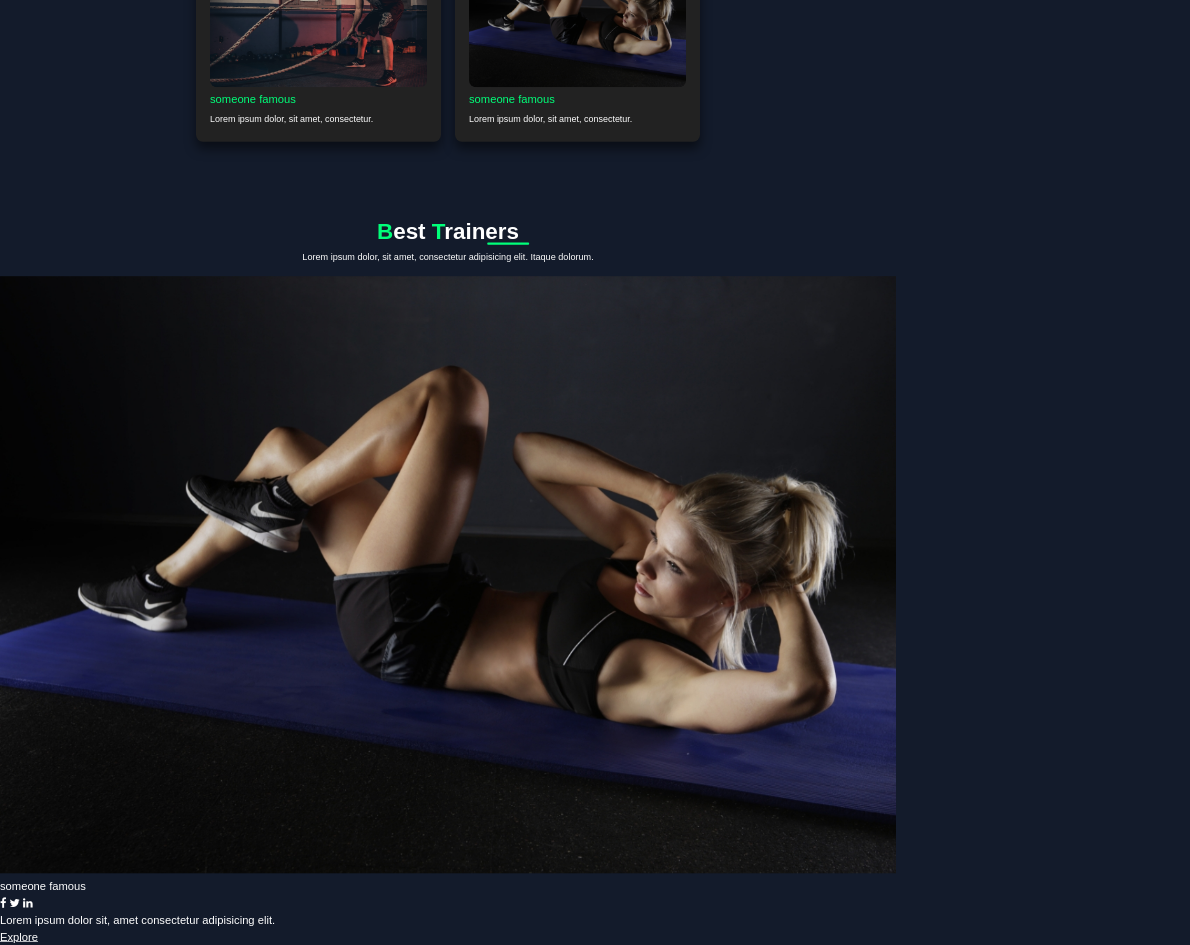
Repository: guilhermecardoso93/fitapex
Page: index.html
These files come from the project's save history. The page is drawn as it stood at one moment and after the next save; the edit follows.
The browser window is 1280 px wide. The page is 1280 px wide, then 1700 px, so the pictures cover 1700 px, including what lies to the right of the window. The pictures show the part of the page from y = 2252 to 3692 px (the page is 3602 px tall before and 3692 px after), at 70% of full size.

Above is the page before, as saved 2023-03-07 20:48:41.

### index.html
<!DOCTYPE html>
<html lang="pr-BR">
  <head>
    <meta charset="UTF-8" />
    <meta http-equiv="X-UA-Compatible" content="IE=edge" />
    <meta name="viewport" content="width=device-width, initial-scale=1.0" />
    <link rel="stylesheet" href="styles.css" />
    <link
      rel="stylesheet"
      href="https://cdnjs.cloudflare.com/ajax/libs/font-awesome/4.7.0/css/font-awesome.css"
    />
    <title>F.A GYM</title>
  </head>
  <body>
    <div class="navbar">
      <a href="#" class="logo">F<b>A</b>.</a>
      <ol>
        <li>
          <a href="#home">home</a>
        </li>
        <li>
          <a href="#about">about</a>
        </li>
        <li>
          <a href="#workout">workout</a>
        </li>
        <li>
          <a href="#trainers">trainers</a>
        </li>
        <li>
          <a href="#diet">diet</a>
        </li>
        <li>
          <a href="#contact">contact</a>
        </li>
        <li>
          <a href="#home">home</a>
        </li>
      </ol>
    </div>

    <section id="home" class="home view">
      <div class="highlights">
        <h3>feel the power with</h3>
        <h1><b>FIT</b>APEX</h1>
        <br />
        <p class="tagline">
          Lorem ipsum dolor sit amet, consectetur adipisicing elit. Totam facere
          iure recusandae? Similique, doloribus voluptatibus? Repudiandae aut
          eius mollitia exercitationem beatae eveniet expedita. Ipsa, expedita
          ipsum ipsam magnam illo quae.
        </p>
        <button class="join">join now</button>
      </div>
      <div class="banner" />
    </section>

    <section id="about" class="about view">
      <div class="main">
        <h2><span>A</span>bout Us</h2>
        <h6>
          Lorem ipsum dolor, sit amet, consectetur adipisicing elit. Itaque
          dolorum.
        </h6>
      </div>
      <div class="content">
        <div class="cols">
          <p>
            <b>L</b>orem ipsum dolor sit amet consectetur adipisicing elit.
            Consectetur non facere inventore maiores corrupti. Temporibus facere
            doloribus error quia, veniam alias perspiciatis accusantium, et
            asperiores pariatur iusto minus iure recusandae. Lorem ipsum, dolor
            sit amet consectetur adipisicing elit. Quas enim voluptate ipsum
            dolorem perferendis recusandae, quasi error illum nisi. Quod facilis
            necessitatibus libero perferendis voluptatum quibusdam expedita,
            maxime ab incidunt!
          </p>
          <a href="#">more</a>
        </div>
        <div class="cols">
          <div class="box">
            <img src="./assets/about.jpg" alt="" />
          </div>
        </div>
      </div>
    </section>

    <section id="workout" class="workout view">
      <div class="main">
        <h2><span>W</span>orkout</h2>
        <h6>
          Lorem ipsum dolor, sit amet, consectetur adipisicing elit. Itaque
          dolorum.
        </h6>
      </div>
      <div class="content">
        <div class="frame">
          <div class="box">
            <img src="./assets/workout1.jpg" alt="" />
          </div>
          <div class="title">someone famous</div>
          <p>Lorem ipsum dolor, sit amet, consectetur.</p>
        </div>
        <div class="frame">
          <div class="box">
            <img src="./assets/workout2.jpg" alt="" />
          </div>
          <div class="title">someone famous</div>
          <p>Lorem ipsum dolor, sit amet, consectetur.</p>
        </div>
        <div class="frame">
          <div class="box">
            <img src="./assets/workout3.jpg" alt="" />
          </div>
          <div class="title">someone famous</div>
          <p>Lorem ipsum dolor, sit amet, consectetur.</p>
        </div>
        <div class="frame">
          <div class="box">
            <img src="./assets/workout4.jpg" alt="" />
          </div>
          <div class="title">someone famous</div>
          <p>Lorem ipsum dolor, sit amet, consectetur.</p>
        </div>
        <div class="frame">
          <div class="box">
            <img src="./assets/workout5.jpg" alt="" />
          </div>
          <div class="title">someone famous</div>
          <p>Lorem ipsum dolor, sit amet, consectetur.</p>
        </div>
        <div class="frame">
          <div class="box">
            <img src="./assets/workout6.jpg" alt="" />
          </div>
          <div class="title">someone famous</div>
          <p>Lorem ipsum dolor, sit amet, consectetur.</p>
        </div>
      </div>
    </section>

    <section id="trainers" class="trainers view">
      <div class="main">
        <h2><span>B</span>est<span> T</span>rainers</h2>
        <h6>
          Lorem ipsum dolor, sit amet, consectetur adipisicing elit. Itaque
          dolorum.
        </h6>
      </div>
      <div class="content">
        <div class="frame">
          <div class="box">
            <img src="./assets/workout6.jpg" alt="" />
          </div>
          <div class="headline">
            <div class="title">someone famous</div>
            <div class="icons">
              <i class="fa fa-facebook"></i>
              <i class="fa fa-twitter"></i>
              <i class="fa fa-linkedin"></i>
            </div>
          </div>
          <p>Lorem ipsum dolor sit, amet consectetur adipisicing elit.</p>
          <a href="">Explore</a>
        </div>
      </div>
    </section>
  </body>
</html>

### styles.css
@import url("https://fonts.googleapis.com/css2?family=Poppins:wght@400;500&display=swap");

@import "./css/_navbar.css";
@import "./css/_home.css";
@import "./css/_about.css";
@import "./css/_workout.css";
@import "./css/_trainers.css";

* {
  margin: 0;
  padding: 0;
  box-sizing: border-box;
  font-family: "Poppisns", sans-serif;
  outline: none;
  color: #fff;

}

:root {
  --prime: #00ff79;
}

body {
  background-color: #131b2b;
}


.view {
  width: 100%;
  min-height: 80vh;
  position: relative;
}

### css/_navbar.css

.navbar {
  width: 100%;
  display: flex;
  position: fixed;
  padding: 30px 120px;
  background-color: #121212;
  justify-content: space-between;
  z-index: 1111;
  transition: 0.5s ease;
}

.logo {
  font-size: 2.8em;
  font-weight: 800;
  letter-spacing: 2px;
  text-transform: uppercase;
  text-decoration: none;
}

.logo B{
  color: var(--prime);
}

ol {
  display: flex;
  margin: auto 0;
}

ol li {
  list-style: none;
  margin-left: 20px;
}

ol li a {
  font-size: 20px;
  font-weight:500;
  text-transform: uppercase;
  text-decoration: none;
}

ol li:hover a {
  color: var(--prime);
}

### css/_home.css
.home {
  display: flex;
  min-height: 120vh;
  align-items: center;
  justify-content: center;
  clip-path: polygon(0 0, 100% 0, 100% 100%, 80% 95%, 0 100%);
}

.banner {
  height: 100%;
  width: 100%;
  position: absolute;
  background: url("../assets/banner.jpg");
  background-size: cover;
  background-position: center;
  filter: brightness(40%);
}

.highlights {
  width: 50%;
  position: relative;
  display: inline-block;
  justify-content: center;
  z-index: 11;
}

.highlights h3 {
  display: inline;
  font-size: 2vw;
  padding: 5px 20px;
  font-weight: lighter;
  text-transform: capitalize;
  border-left: 6px solid var(--prime);
}

.highlights h1 {
  font-size: 9vw;
  text-align: center;
  font-weight: normal;
}

.highlights b {
  color: var(--prime);
  font-weight: 800;
  font-family: sans-serif;
}

.highlights .tagline {
  color: #d7d7d7;
  font-size: 1.2vw;
  text-align: center;
  font-weight: normal;
  line-height: 32px;
}

.highlights .join {
  position: absolute;
  left: 40%;
  margin-top: 1.2rem;
  padding: 5px 20px;

  transform: tanslateX(-500%);
  font-weight: 800;
  font-size: 1.5vw;
  text-transform: uppercase;

  color: var(--prime);
  border: 2px solid var(--prime);
  border-radius: 50px;
  background: transparent;

  transition: 0.3s ease;
}

.highlights .join:hover {
  color: #fff;
  cursor: pointer;
  letter-spacing: 1.5px;
  background: var(--prime);
}

### css/_about.css
.main {
  width: 100%;
  text-align: center;
  padding-bottom: 20px;
  -webkit-font-smoothing: antialiased;
  -moz-osx-font-smoothing: grayscale;

}

.main h2 {
  font-size: 2.5vw;
  position: relative;
  text-align: center;
  padding-top: 100px;
  display: inline-block;
}

span {
  color: var(--prime);
}

.main h2:before {
  position: absolute;
  content: "";
  background: var(--prime);
  height: 3px;
  width: 30%;
  right: -15px;
  bottom: 0;
  border-radius: 50px;
}

.main h6 {
  margin-top: 10px;
  font-size: 13px;
  font-family: sans-serif;
  font-weight: lighter;
}

.content {
  position: relative;
  display: flex;
  width: 100%;
  padding: 0 20px;
  justify-content: center;
  line-height: 1.5em;
}

.about .content .cols {
  position: relative;
  width: 100%;
  height: 100%;
  padding: 0px 40px;
}

.about .content .cols p b {
  font-size: 24px;
  margin-right: 2px;
  line-height: 2;
}

.about .content .cols a {
  position: relative;
  top: 20px;
  color: #fff;
  background-color: var(--prime);
  padding: 5px 20px;
  border-radius: 5px;
  text-decoration: none;
  text-weight: 500;
  text-transform: capitalize;
}

.about .content .cols a:hover {
  color: #000;
  background: #fff;
}

.about .content .cols .box {
  position: relative;
  height: 570px;
  box-shadow: 0 10px 10px rgba(0, 0, 0, 0.5);
  border-radius: 10px;
}

.about .content .cols .box img {
  position: absolute;
  top: 0;
  left: 0;
  height: 100%;
  width: 100%;
  object-fit: cover;
  border-radius: 10px;
}

### css/_workout.css
.workout .content {
  flex-wrap: wrap;
  max-width: 80%;
  margin: 0 auto;
}

.workout .content .frame {
  position: relative;
  width: 350px;
  padding: 20px;
  margin: 10px;
  background: #222;
  box-shadow: 0 10px 15px rgba(0,0,0,0.5);
  border-radius: 10px;

}

.workout .content .frame .box {
  position: relative;
  height: 200px;
  width: 100%;
  overflow: hidden;
  border-radius: 10px;
}

.workout .content .frame .box img {
  position: absolute;
  height: 100%;
  width: 100%;
  object-fit: cover;
  filter: brightness(80%);
  transition: 0.2s ease-in ;
}

.workout .content .frame .box:hover img {
  filter: brightness(100%);
  transform: scale(1.08) ;
}

.workout .content .frame .title {
  color: var(--prime);
  padding: 5px 0;
}

.workout .content .frame p {
  font-size: 0.8rem;
}

### css/_trainers.css
.trainers .content {
  flex-wrap: wrap;
}

After the next save:
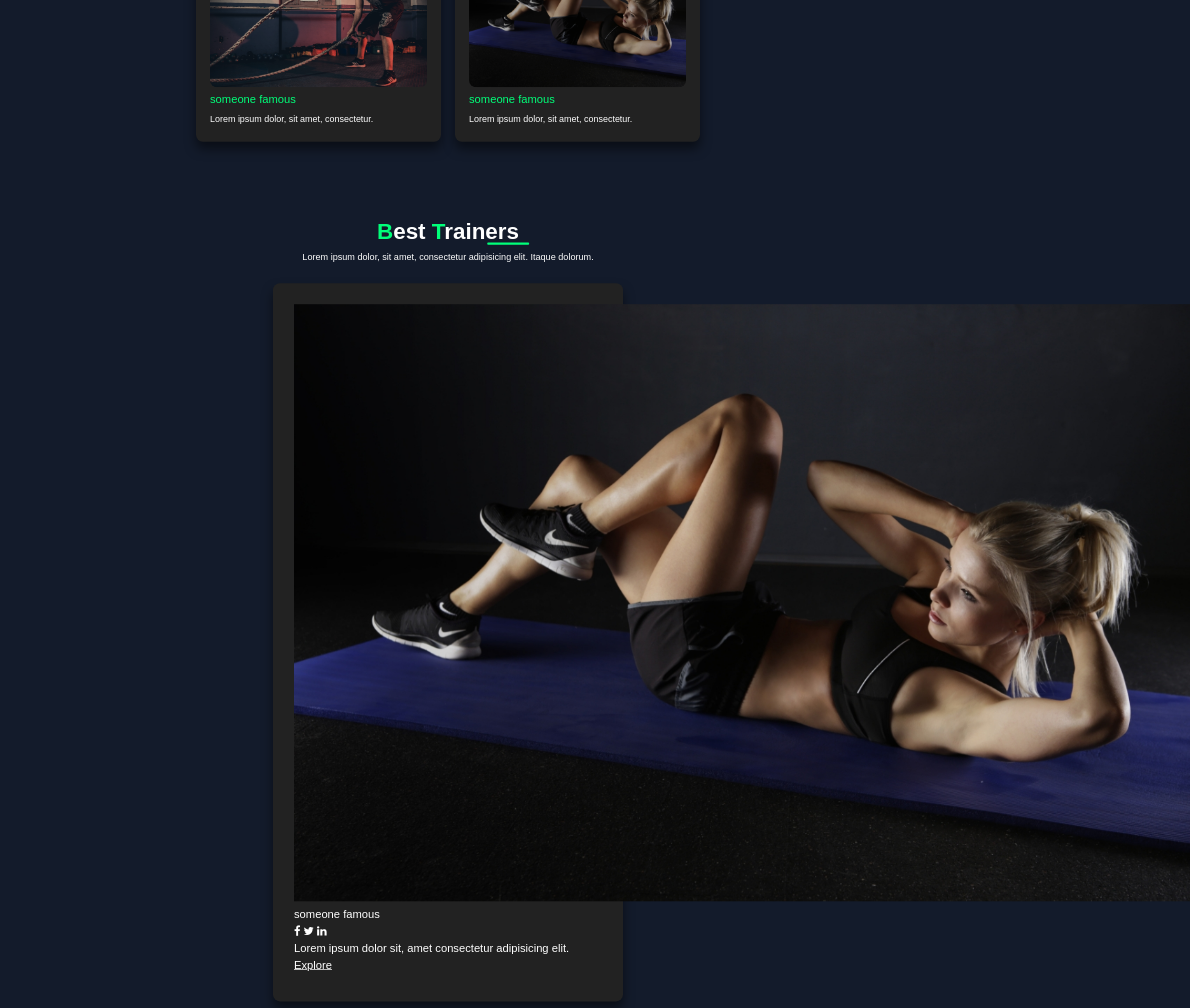
Saved 110 s later.
--- a/css/_trainers.css
+++ b/css/_trainers.css
@@ -1,3 +1,13 @@
 .trainers .content {
   flex-wrap: wrap;
 }
+
+.trainers .content .frame {
+  position: relative;
+  border-radius: 10px;
+  width: 500px;
+  padding: 30px 30px 40px 30px;
+  box-shadow: 0 10px 15px rgba(0,0,0,0.5);
+  margin: 10px;
+  background: #222;
+}
